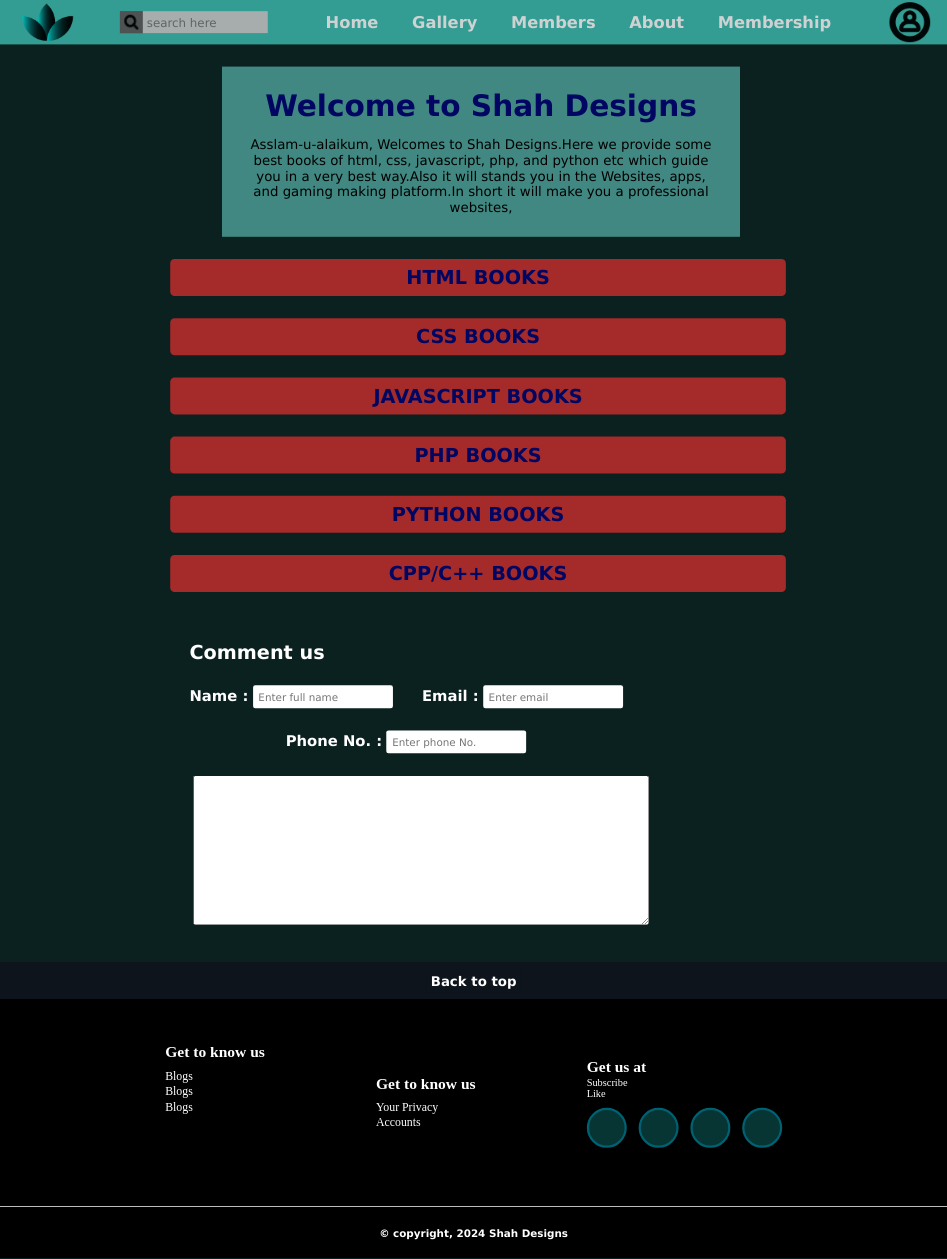
Repository: RawahaMR11/my_assignments
Page: rawaha computer/Shah Designs web/Shah home page.html
These files come from the project's save history. The page is drawn as it stood at one moment and after the next save; the edit follows.
The browser window is 1280 px wide. The pictures show the whole page, at 74% of full size.

Above is the page before, as saved 2024-12-13 11:12:11.

### rawaha computer/Shah Designs web/Shah home page.html
<!DOCTYPE html>
<html lang="en">
<head>
      <meta charset="UTF-8">
      <meta name="viewport" content="width=device-width, initial-scale=1.0">
      <title>Shah Designs</title>
      <link rel="stylesheet" href="Shah home page.css">
</head>
<body>
<div class="my-display">
      <header>
            <div class="logo">
                  <img src="logo.png" alt="Shah Designs logo">
            </div><!--end logo-->
            <div class="search">
                  <img src="search.png" alt="Search-icon">
                  <input type="text" placeholder="search here">
            </div><!--end search-->
            <div class="home">
                  <a href="Shah home page.html">Home</a>
            </div><!--end home-->
            <div class="gallery">
                  <a href="#">Gallery</a>
            </div><!--end gallery-->
            <div class="members">
                  <a href="#">Members</a>
            </div><!--end members -->
            <div class="about">
                  <a href="#">About</a>
            </div><!--end about-->
            <div class="membership">
                  <a href="#">Membership</a>
            </div>
            <div class="login">
                  <img src="sign in.png" alt="Login">
            </div><!--end login-->
      </header>


      <div class="wrapper">
            <div id="welcome">
                  <h1>Welcome to Shah Designs</h1><br>
                  <p>Asslam-u-alaikum, Welcomes to Shah Designs.Here we provide some best books of html, css, javascript, php, and python etc which guide you in a very best way.Also it will stands you in the Websites, apps, and gaming making platform.In short it will make you a professional websites, </p>
            </div><!--end welcome-->
      </div><!--end wrapper-->


      <div class="html-books">
            <p>HTML BOOKS</p>
      </div>
      <div class="css-books">
            <p>CSS BOOKS</p>
      </div>
      <div class="javascript-books">
            <p>JAVASCRIPT BOOKS</p>
      </div>
      <div class="php-books">
            <p>PHP BOOKS</p>
      </div>
      <div class="python-books">
            <p>PYTHON BOOKS</p>
      </div>
      <div class="Cpp-books">
            <p>CPP/C++ BOOKS</p>
      </div>



      <div class="datail">

      </div>



      <div class="comment">
            <h2>Comment us</h2>
            <label for="name">Name :</label><input type="text" placeholder="Enter full name">
            <label for="name" id="email-label">Email :</label><input type="email" placeholder="Enter email">
            <label for="name" id="phone-label">Phone No. :</label><input type="text" placeholder="Enter phone No.">
            <textarea name="comment" id="comment"></textarea>
      </div>


      <div class="bach-to-top">
            <button>Back to top</button>
      </div>



      <footer>
            <div class="foot-panel1">
                  <div id="panel1">
                        <h2>Get to know us</h2>
                        <p>Blogs</p>
                        <p>Blogs</p>
                        <p>Blogs</p>
                  </div>
                  <div id="panel2">
                        <h2>Get to know us</h2>
                        <p>Your Privacy</p>
                        <p>Accounts</p>
                  </div>
                  <div id="panel3">
                        <h2>Get us at</h2>
                        <p>Subscribe</p>
                        <p>Like</p>
                        <div class="relation">
                              <div id="insta">

                              </div>
                              <div id="facebook">

                              </div>
                              <div id="tiktok">

                              </div>
                              <div id="twitter">
                              </div>
                        </div>
                  </div>
            </div>

            <div class="foot-panel2">
                  &COPY; copyright, 2024 Shah Designs
            </div>
      </footer>
</div>
</body>
</html>

### rawaha computer/Shah Designs web/Shah home page.css
* {
      margin: 0;
      padding: 0;
}
body {
      display: block;
      font-size: 14px;
      background-color: rgb(10, 33, 32);
}
.my-display {
      width: 80%;
      margin: 0 auto;
      height: 100%;
      width: 100%;
}
/* css for opening my page on tablets (screens with width <=768px) */
@media screen and (max-width: 768px) {
      body {
            font-size: 16px;
      }
      .my-display {
            width: 100%;
      }
}
/* css for opening my page on laptops,pcs etc (screens with width <=1080px) */
@media screen and (max-width: 1080px) {
      body {
            font-size: 14px;
      }
      .my-display {
            width: 100%;
      }
}
/* css for opening my page on phones (screens with width <=480px) */
@media screen and (max-width: 480px) {
      body {
            font-size: 10px;
      }
      .my-display {
            width: 100%;
      }
}
header {
      width: 100%;
      height: 60px;
      display: flex;
      align-items: center;
      background-color: rgb(62, 188, 176);
      opacity: 80%;
      gap: 31.5px;
}
.logo {
      height: 83%;
      width: 70px;
      margin: 0 30px 0;
}
.logo img {
      height: 100%;
      width: 100%;
}
.search {
      width: 200px;
      height: 30px;
      background-color: rgb(95, 95, 95);
      display: flex;
      align-items: center;
      justify-content: space-evenly;
}
.search img {
      width: 10%;
      height: 65%;
      padding: 6px;
}
.search input {
      width: 90%;
      padding: 5.34px;
      border: none;
      outline: none;
      background-color: rgb(207, 207, 207);
      font-family: Verdana, Geneva, Tahoma, sans-serif;
      font-size: 16px;
}
.home {
      font-family: Verdana, Geneva, Tahoma, sans-serif;
      font-size: 22px;
      margin-left: 40px;
      padding: 7px;
}
.home:hover {
      background-color: rgb(161, 161, 161);
}
.home a {
      text-decoration: none;
      font-weight: 700;
      color: white;
}
.gallery {
      font-family: Verdana, Geneva, Tahoma, sans-serif;
      font-size: 22px;
      padding: 7px;
}
.gallery:hover {
      background-color: rgb(161, 161, 161);
}
.gallery a {
      text-decoration: none;
      font-weight: 700;
      color: white;
}
.members {
      font-family: Verdana, Geneva, Tahoma, sans-serif;
      font-size: 22px;
      padding: 7px;
}
.members:hover {
      background-color: rgb(161, 161, 161);
}
.members a {
      text-decoration: none;
      font-weight: 700;
      color: white;
}
.about {
      font-family: Verdana, Geneva, Tahoma, sans-serif;
      font-size: 22px;
      padding: 7px;
}
.about:hover {
      background-color: rgb(161, 161, 161);
}
.about a {
      text-decoration: none;
      font-weight: 700;
      color: white;
}
.membership {
      font-family: Verdana, Geneva, Tahoma, sans-serif;
      font-size: 22px;
      padding: 7px;
}
.membership:hover {
      background-color: rgb(161, 161, 161);
}
.membership a {
      text-decoration: none;
      font-weight: 700;
      color: white;
}
.login {
      height: 90%;
      width: 55px;
      float: right;
      margin-left: 40px;
}
.login img {
      height: 100%;
      width: 100%;
      cursor: pointer;
}
.wrapper {
      width: 50%;
      height: auto;
      display: flex;
      align-items: center;
      justify-content: center;
      margin-top: 30px;
      background-color: rgb(64, 136, 129);
      padding: 30px;
      margin-left: 300px;
}
#welcome {
      width: 100%;
      font-family: Verdana, Geneva, Tahoma, sans-serif;
      font-size: 16px;
}
#welcome h1 {
      text-align: center;
      color: rgb(0, 6, 97);
      font-size: 40px;
}
#welcome p {
      text-align: center;
      font-size: 18px;
      font-family: Verdana, Geneva, Tahoma, sans-serif;
}
.html-books {
      height: 50px;
      width: 65%;
      background-color: brown;
      margin: 30px 230px 0;
      border-radius: 6px;
      display: flex;
      align-items: center;
      justify-content: center;
      cursor: pointer;
      color: rgb(0, 6, 97);
}
.html-books p {
      font-family: Verdana, Geneva, Tahoma, sans-serif;
      font-size: 26px;
      font-weight: 700;
}
.css-books {
      height: 50px;
      width: 65%;
      background-color: brown;
      margin: 30px 230px 0;
      border-radius: 6px;
      display: flex;
      align-items: center;
      justify-content: center;
      cursor: pointer;
      color: rgb(0, 6, 97);
}
.css-books p {
      font-family: Verdana, Geneva, Tahoma, sans-serif;
      font-size: 26px;
      font-weight: 700;
}
.javascript-books {
      height: 50px;
      width: 65%;
      background-color: brown;
      margin: 30px 230px 0;
      border-radius: 6px;
      display: flex;
      align-items: center;
      justify-content: center;
      cursor: pointer;
      color: rgb(0, 6, 97);
}
.javascript-books p {
      font-family: Verdana, Geneva, Tahoma, sans-serif;
      font-size: 26px;
      font-weight: 700;
}
.php-books {
      height: 50px;
      width: 65%;
      background-color: brown;
      margin: 30px 230px 0;
      border-radius: 6px;
      display: flex;
      align-items: center;
      justify-content: center;
      cursor: pointer;
      color: rgb(0, 6, 97);
}
.php-books p {
      font-family: Verdana, Geneva, Tahoma, sans-serif;
      font-size: 26px;
      font-weight: 700;
}
.python-books {
      height: 50px;
      width: 65%;
      background-color: brown;
      margin: 30px 230px 0;
      border-radius: 6px;
      display: flex;
      align-items: center;
      justify-content: center;
      cursor: pointer;
      color: rgb(0, 6, 97);

}
.python-books p {
      font-family: Verdana, Geneva, Tahoma, sans-serif;
      font-size: 26px;
      font-weight: 700;
}
.Cpp-books {
      height: 50px;
      width: 65%;
      background-color: brown;
      margin: 30px 230px 0;
      border-radius: 6px;
      display: flex;
      align-items: center;
      justify-content: center;
      cursor: pointer;
      color: rgb(0, 6, 97);
}
.Cpp-books p {
      font-family: Verdana, Geneva, Tahoma, sans-serif;
      font-size: 26px;
      font-weight: 700;
}
.comment {
      width: 50%;
      margin: 50px 240px 0;
      padding: 16px;
}
.comment h2 {
      font-family: Verdana, Geneva, Tahoma, sans-serif;
      font-size: 26px;
      font-weight: 700;
      color: white;
}
.comment label {
      margin-top: 30px;
      font-family: Verdana, Geneva, Tahoma, sans-serif;
      font-size: 20px;
      font-weight: 700;
      color: white;
}
.comment input {
      margin: 30px 6px 0;
      font-family: Verdana, Geneva, Tahoma, sans-serif;
      font-size: 14px;
      padding: 7.5px;
      border: none;
      outline: none;
      border-radius: 3px;
}
#email-label {
      margin-left: 30px;
}
#phone-label {
      margin-left: 130px;
}
.comment textarea {
      width: 96%;
      height: 200px;
      margin: 30px 5px 0;
}
.bach-to-top {
      width: 100%;
      height: 50px;
      display: inline-flex;
      align-items: center;
      justify-content: center;
      margin-top: 30px;
      background-color: rgb(13, 20, 27);
}
.bach-to-top button {
      padding: 5px;
      font-family: Verdana, Geneva, Tahoma, sans-serif;
      font-size: 18px;
      font-weight: 700;
      background-color: rgb(13, 20, 27);
      border: none;
      color: white;
}
footer {
      height: 350px;
      background-color: rgb(0, 0, 0);
}
.foot-panel1 {
      height: 80%;
      display: flex;
      align-items: center;
      justify-content: center;
      gap: 150px;
      color: white;
}
#panel1 {
      height: 100%;

}
#panel1 h2 {
      margin: 60px 0 10px;
      text-align: center;

}
#panel1 p {
      margin-bottom: 3px;
      text-align: start;
      font-size: 16px;
}
.foot-panel2 {
      height: 20%;
      border-top: 1px solid white;
      color: white;
      display: flex;
      align-items: center;
      justify-content: center;
      font-family: Verdana, Geneva, Tahoma, sans-serif;
      font-size: 14px;
      font-weight: 700;
}
#panel1 {
      height: 100%;
}
#panel2 h2 {
      margin-bottom: 10px;
      text-align: center;
}
#panel2 p {
      margin-bottom: 3px;
      text-align: start;
      font-size: 16px;
}
.relation {
      display: flex;
      align-items: center;
      gap: 1rem;
  }
  #insta {
      height: 3rem;
      width: 3rem;
      background-color: rgb(6, 53, 51);
      border-radius: 3rem;
      margin-top: 10px;
      border: 0.5vh solid rgb(0, 97, 114);
      transition: 0.3s ease;
  }
  #insta:hover {
      transform: scale(1.1); /* Zoom in effect on hover */
      box-shadow: 0rem 0rem 1rem rgba(17, 251, 255, 0.4), 0rem 0rem 1rem rgba(17, 251, 255, 0.4);
      box-shadow: 0px 0px 1.2rem rgba(17, 251, 255, 0.4);
  }
  #facebook {
      height: 3rem;
      width: 3rem;
      background-color: rgb(6, 53, 51);
      margin-top: 10px;
      border-radius: 3rem;
      border: 0.5vh solid rgb(0, 97, 114);
      transition: 0.3s ease;
  }
  #facebook:hover {
      transform: scale(1.1); /* Zoom in effect on hover */
      box-shadow: 0rem 0rem 1rem rgba(17, 251, 255, 0.4), 0rem 0rem 1rem rgba(17, 251, 255, 0.4);
      box-shadow: 0px 0px 1.2rem rgba(17, 251, 255, 0.4);
  }
  #tiktok {
      height: 3rem;
      width: 3rem;
      background-color: rgb(6, 53, 51);
      margin-top: 10px;
      border-radius: 3rem;
      border: 0.5vh solid rgb(0, 97, 114);
      transition: 0.3s ease;
  }
  #tiktok:hover {
      transform: scale(1.1); /* Zoom in effect on hover */
      box-shadow: 0rem 0rem 1rem rgba(17, 251, 255, 0.4), 0rem 0rem 1rem rgba(17, 251, 255, 0.4);
      box-shadow: 0px 0px 1.2rem rgba(17, 251, 255, 0.4);
  }
  #twitter {
      height: 3rem;
      width: 3rem;
      background-color: rgb(6, 53, 51);
      margin-top: 10px;
      border-radius: 3rem;
      border: 0.5vh solid rgb(0, 97, 114);
      transition: 0.3s ease;
  }
  #twitter:hover {
      transform: scale(1.1); /* Zoom in effect on hover */
      box-shadow: 0rem 0rem 1rem rgba(17, 251, 255, 0.4), 0rem 0rem 1rem rgba(17, 251, 255, 0.4);
      box-shadow: 0px 0px 1.2rem rgba(17, 251, 255, 0.4);
  }

After the next save:
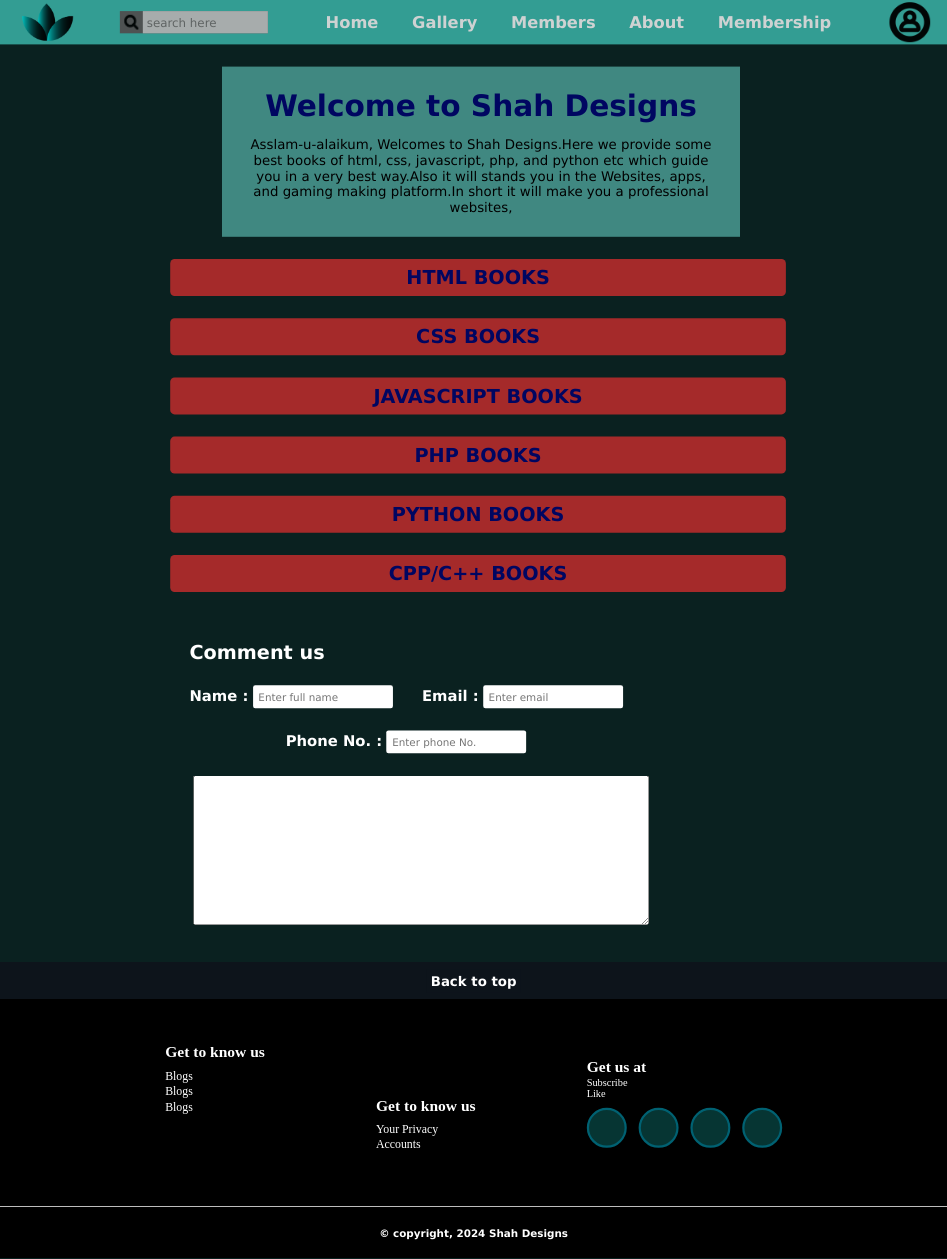
Saved 43 s later.
--- a/rawaha computer/Shah Designs web/Shah home page.css
+++ b/rawaha computer/Shah Designs web/Shah home page.css
@@ -385,6 +385,7 @@
 #panel2 h2 {
       margin-bottom: 10px;
       text-align: center;
+      margin: 60px 0 10px;
 }
 #panel2 p {
       margin-bottom: 3px;

After the save that followed:
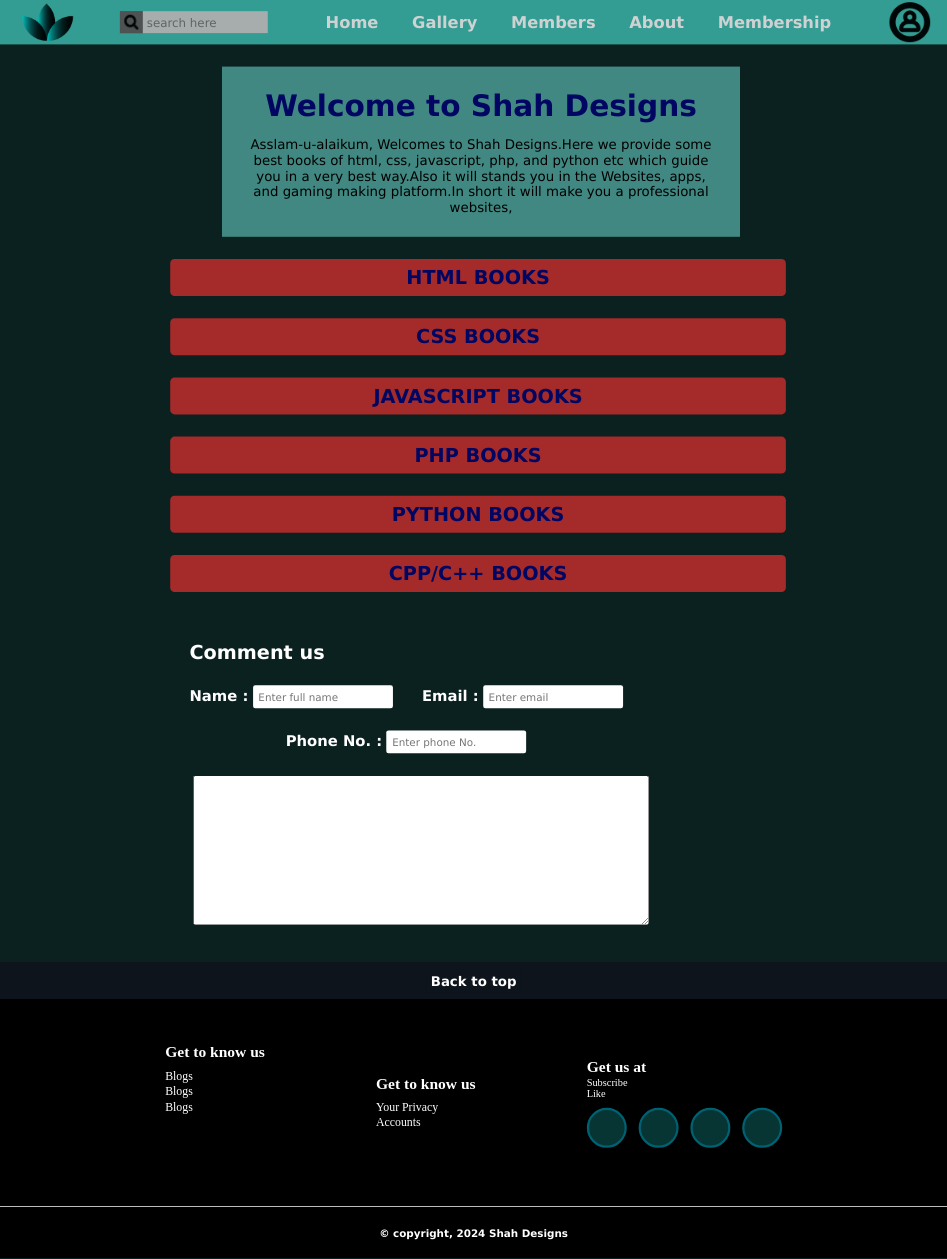
Saved 95 s later.
--- a/rawaha computer/Shah Designs web/Shah home page.css
+++ b/rawaha computer/Shah Designs web/Shah home page.css
@@ -385,7 +385,6 @@
 #panel2 h2 {
       margin-bottom: 10px;
       text-align: center;
-      margin: 60px 0 10px;
 }
 #panel2 p {
       margin-bottom: 3px;
